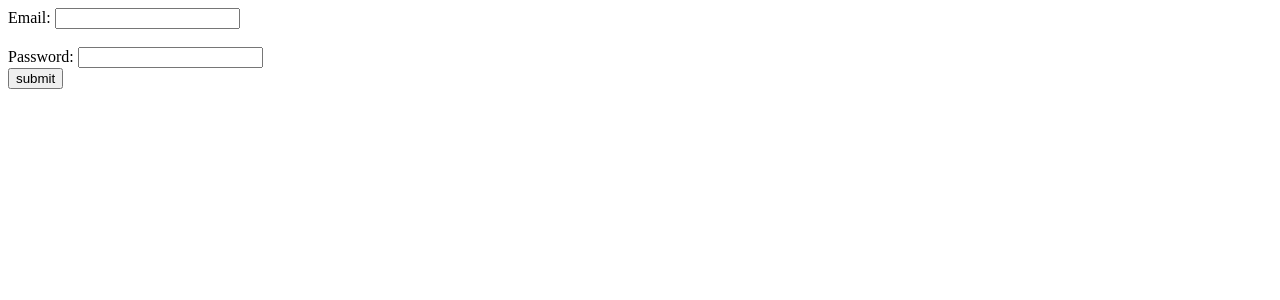
Repository: ghanshyam-jaiswal/Java-Notes
Page: JEE/Servlet_AdvanceJava/formExample/src/main/webapp/form.html
The author's editor kept a copy of each file at every save. The page is drawn from the files as they stood at one save, then again after the next save.
The browser window is 1280 px wide. The pictures show the whole page.

Above is the page before, as saved 2024-02-26 08:22:28.

After the next save:
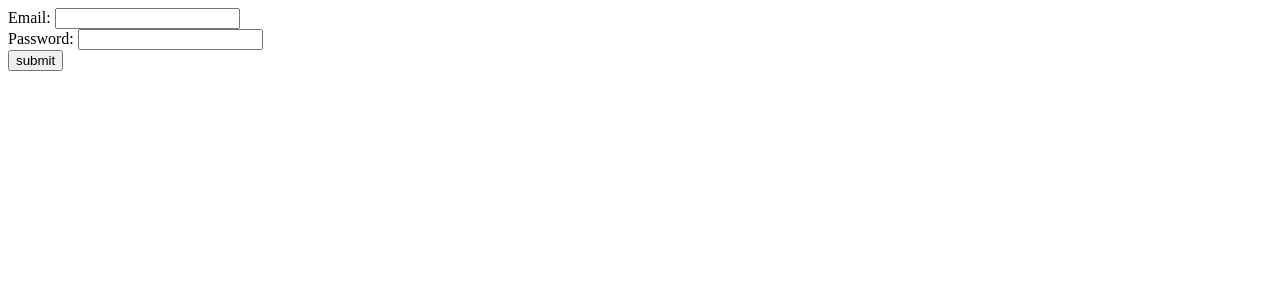
Saved 16 s later.
--- a/JEE/Servlet_AdvanceJava/formExample/src/main/webapp/form.html
+++ b/JEE/Servlet_AdvanceJava/formExample/src/main/webapp/form.html
@@ -10,7 +10,7 @@
 
 		<label for="e">Email:</label>
 		<input type="email" id="e" name="email">
-		<br><br>
+		<br>
 		<label for="p">Password:</label>
 		<input type="password" id="p" name="password">
 		<br>
